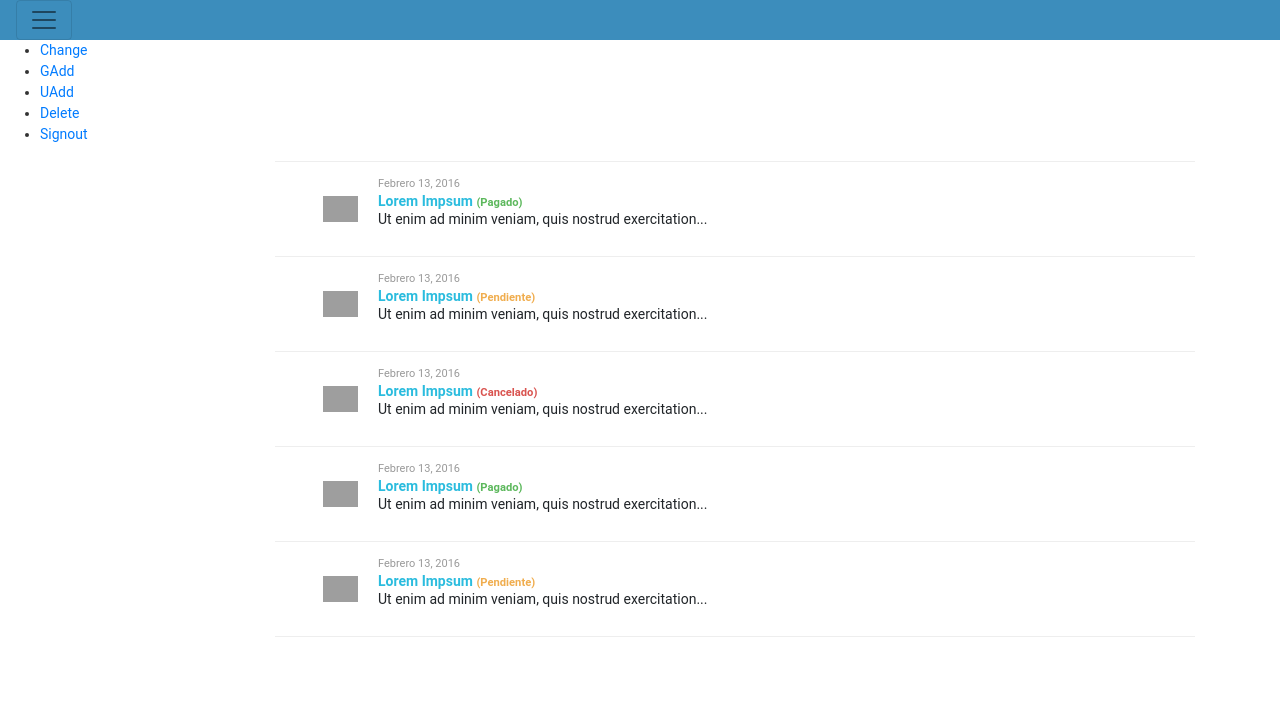
Repository: lukawitch/graduatedchat
Page: http://localhost/Graduated/WEB-INF/views/success.jsp
The author's editor kept a copy of each file at every save. The page is drawn from the files as they stood at one save, then again after the next save.
The browser window is 1280 px wide. The pictures show the whole page.
Pictures or frames that could not be fetched are drawn as grey boxes. The page is served by Tomcat 9. Nobody is signed in. The template is opened directly, without the code that normally fills it, so the values that code supplies are empty.

Above is the page before, as saved 2019-05-17 06:30:33.
Not found: Graduated/resources/sidebar.css

After the next save:
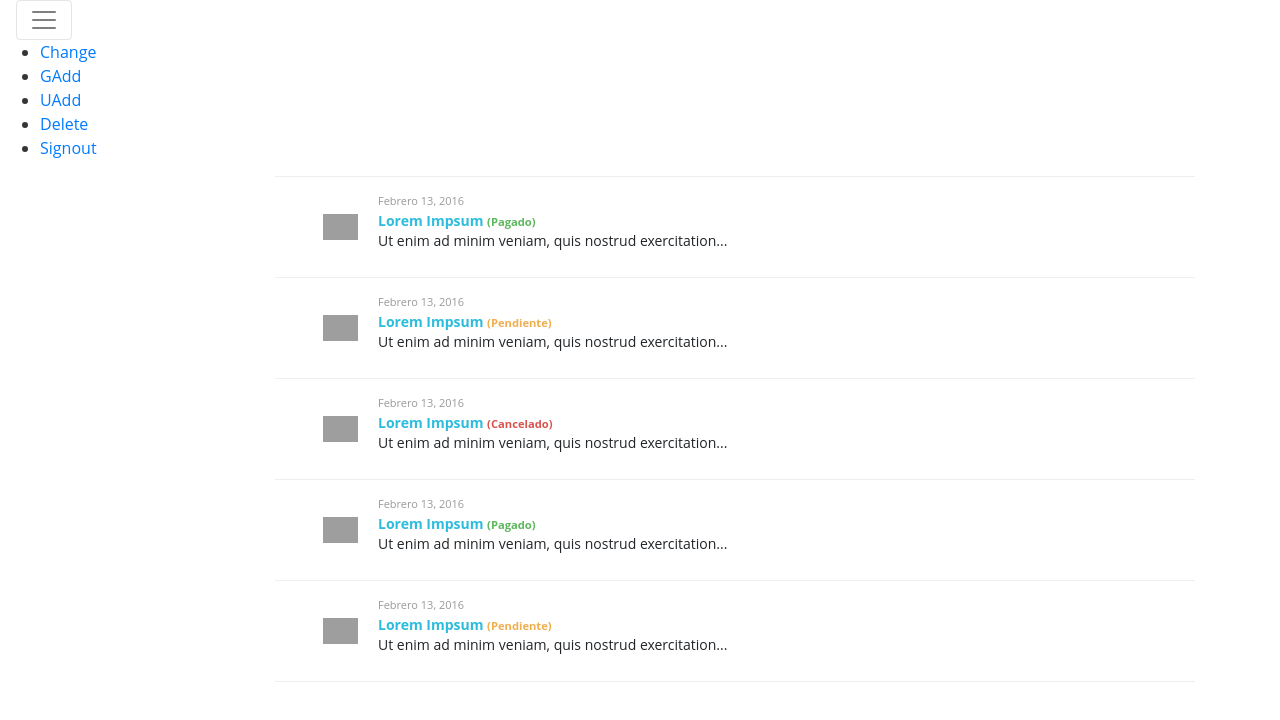
Saved 3 min 49 s later.
--- a/Graduated/src/main/webapp/WEB-INF/views/success.jsp
+++ b/Graduated/src/main/webapp/WEB-INF/views/success.jsp
@@ -433,124 +433,6 @@ padding-bottom:30px;
 border:black 4px;
 }
 
-
-body{ font-size: 14px; color: #333; list-style: 26px;font-family: 'Roboto', sans-serif; }
-
-/** ======================  base css ==============================**/
-
-a:hover{ text-decoration: none; }
-/** ======================  header ==============================**/
-.header{ background-color: #3c8dbc }
-.header .dropdown-menu {
-    position: absolute;
-    right: 0;
-    left: auto;
-    border-radius: 0px;
-}
-.header .user-image {
-    float: left;
-    width: 25px;
-    height: 25px;
-    border-radius: 50%;
-    margin-right: 10px;
-    margin-top: -2px;
-}
-
-.header .navbar-light .navbar-nav .nav-link{ color: #fff }
-.header .navbar-light .navbar-nav .nav-link:hover, .header .navbar-light .navbar-nav .nav-link:focus   {
-
-       background: rgba(0,0,0,0.1);
-    color: #f6f6f6;
-}
-.header .fa.fa-fw.fa-bars{ color: #fff; }
-.header .navbar-light .navbar-nav .nav-link {
-    color: #fff;
-    padding: 10px 20px;
-    position: relative;
-}
-.header  li>a>.label {
-    position: absolute;
-    top: 9px;
-    right: 7px;
-    text-align: center;
-    font-size: 9px;
-    padding: 2px 3px;
-    line-height: .9; background-color: #333;    border-radius: .25em;
-}
-.header  li>a:after{ display: none; }
-
-.header-ul{    border-top-left-radius: 4px;
-    border-top-right-radius: 4px;
-    border-bottom-right-radius: 0;
-    border-bottom-left-radius: 0;
-    background-color: #ffffff;
-    padding: 7px 10px;
-    border-bottom: 1px solid #f4f4f4;
-    color: #333;
-    font-size: 14px;}
-
-    .navbar-nav>.notifications-menu>.dropdown-menu, .navbar-nav>.messages-menu>.dropdown-menu, .navbar-nav>.tasks-menu>.dropdown-menu {
-    width: 280px;
-    padding: 0 0 0 0;
-    margin: 0;
-    top: 100%;
-}
-.navbar-nav>.messages-menu>.dropdown-menu li .menu>li>a>div>img {
-    margin: auto 10px auto auto;
-    width: 40px;
-    height: 40px;
-}
-.navbar-nav>.messages-menu>.dropdown-menu li .menu>li>a ,.navbar-nav>.notifications-menu>.dropdown-menu li .menu>li>a{
-    margin: 0;
-    padding: 10px 10px;
-        display: block;
-    white-space: nowrap;
-    border-bottom: 1px solid #f4f4f4;
-}
-.navbar-nav>.messages-menu>.dropdown-menu li .menu>li>a>h4 {
-    padding: 0;
-    margin: 0 0 0 45px;
-    color: #333;
-    font-size: 15px;
-    position: relative;
-}
-.navbar-nav>.messages-menu>.dropdown-menu li .menu>li>a>p {
-    margin: 0 0 0 45px;
-    font-size: 12px;
-    color: #888888;
-}
-
-.footer-ul a{
-	border-top-left-radius: 0;
-    border-top-right-radius: 0;
-    border-bottom-right-radius: 4px;
-    border-bottom-left-radius: 4px;
-    font-size: 12px;
-    background-color: #fff;
-    padding: 7px 10px;
-    border-bottom: 1px solid #eeeeee;
-    color: #333 ; display: block;
-    }
-
-      .dropdown-menu-over .menu{  max-height: 200px;
-    margin: 0;
-    padding: 0;
-    list-style: none;
-    overflow-x: hidden;}
-
-    .navbar-nav>.notifications-menu>.dropdown-menu li .menu>li>a {
-    color: #444444;
-    overflow: hidden;
-    text-overflow: ellipsis;
-    padding: 10px;
-}
-.navbar-nav>.notifications-menu>.dropdown-menu li .menu>li>a>.glyphicon, .navbar-nav>.notifications-menu>.dropdown-menu li .menu>li>a>.fa, .navbar-nav>.notifications-menu>.dropdown-menu li .menu>li>a>.ion {
-    width: 20px;
-}
-
-a.navbar-brand {
-    width: 165px;
-}
 
 
 
